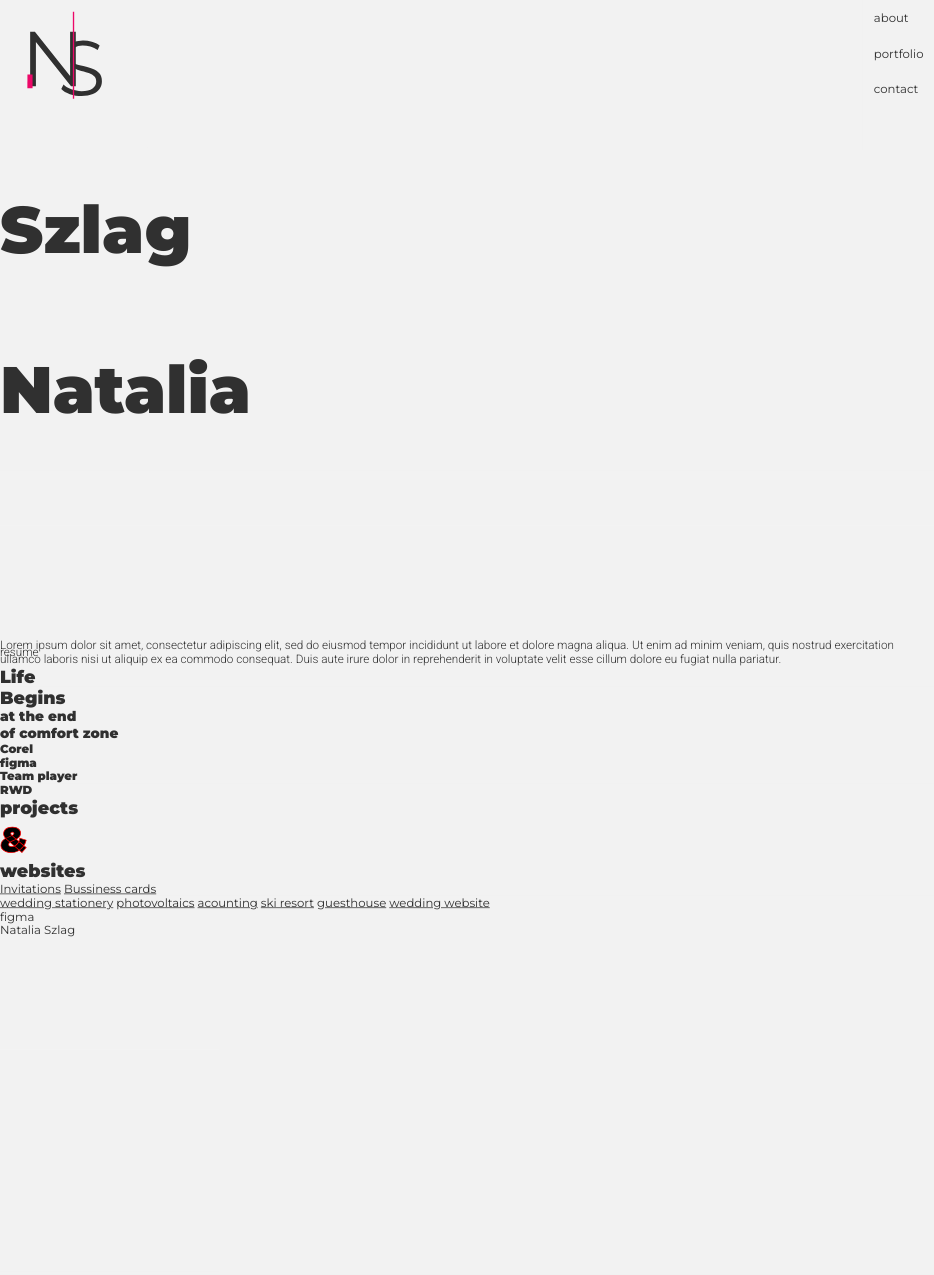
Repository: nataliaszlag/portfolio3
Page: index.html
The author's editor kept a copy of each file at every save. The page is drawn from the files as they stood at one save, then again after a run of saves.
The browser window is 1280 px wide. The pictures show the whole page, at 73% of full size.
The style sheet was rebuilt from its Sass, Less or Tailwind sources for each picture, by a compiler version that may differ from the author's.

Above is the page before, as saved 2020-09-26 16:55:52.

After the next 2 saves:
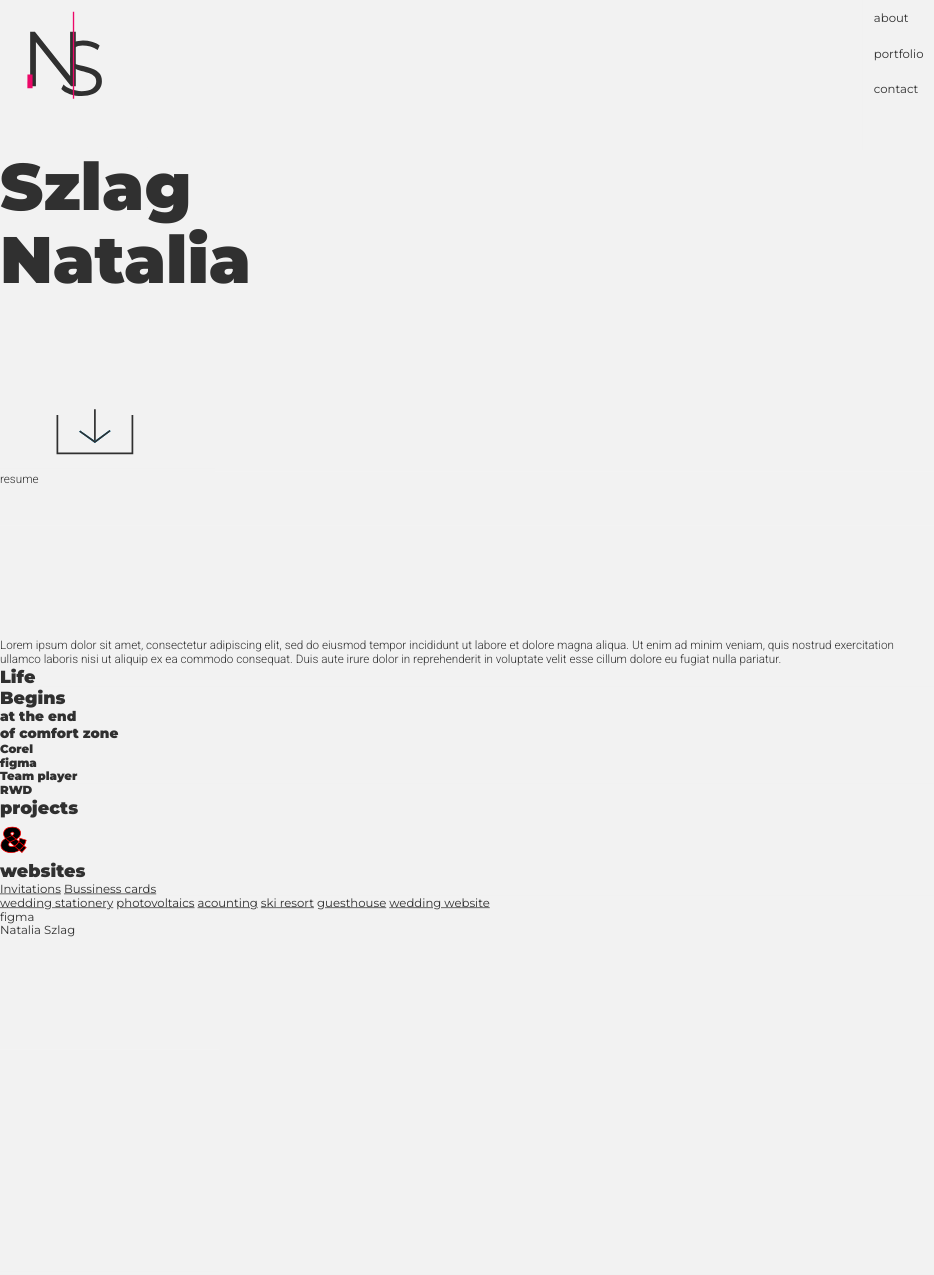
The 2 saves are shown as one change because they came seconds apart.
The last was saved 12 s later.
--- a/scss/style.scss
+++ b/scss/style.scss
@@ -47,7 +47,7 @@
 .h1-name{
     font-weight: 900;
     font-size: 90px;
-    line-height: 219px;
+    line-height: 100px;
 }
 
 nav{
